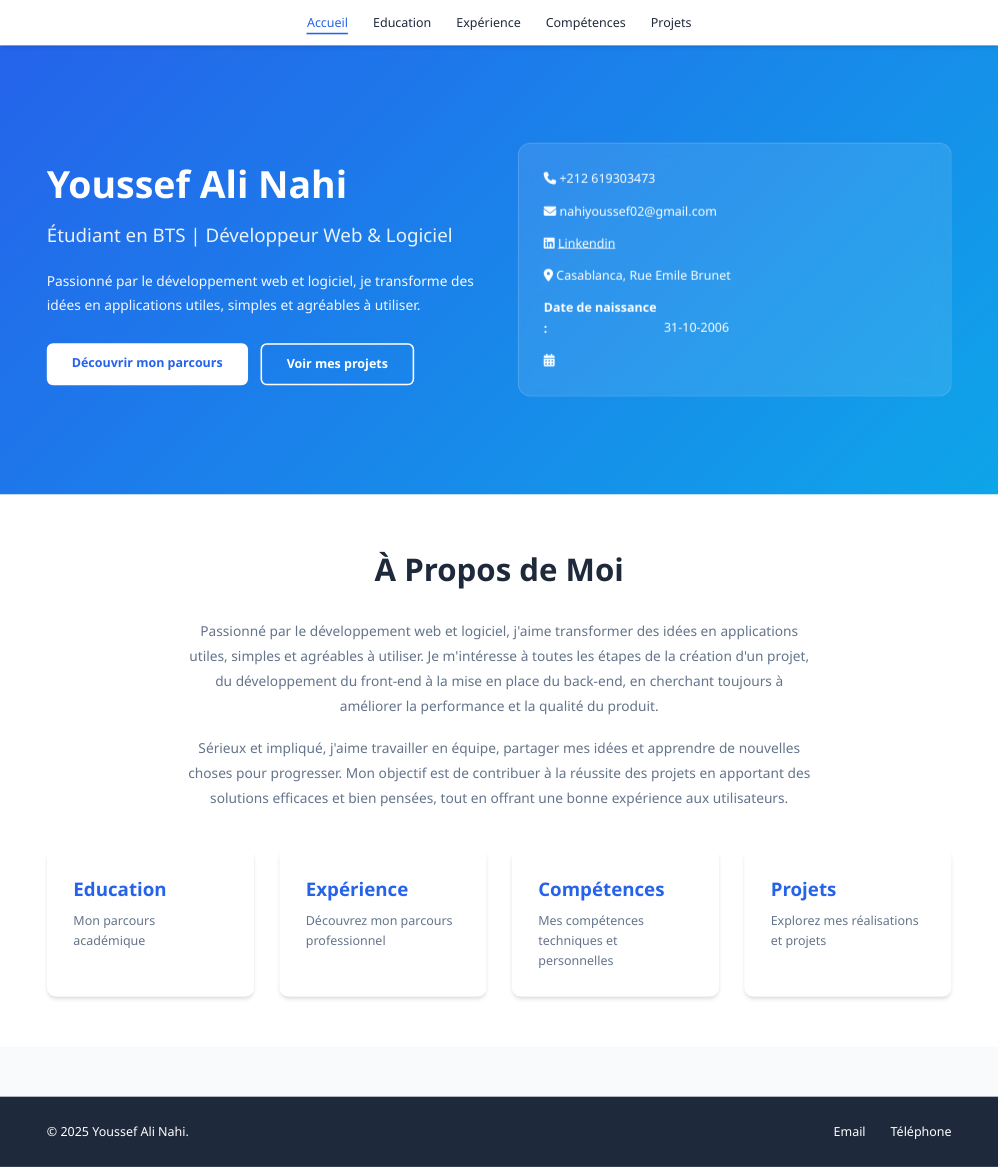
Repository: Youssef-Nahi504/My_Portfolio
Page: index.html
An editor plug-in stored every save of this project. The page is shown before and after the next save, followed by the edit.
The browser window is 1280 px wide. The pictures show the whole page, at 78% of full size.

Above is the page before, as saved 2025-12-21 13:31:36.

After the next save:
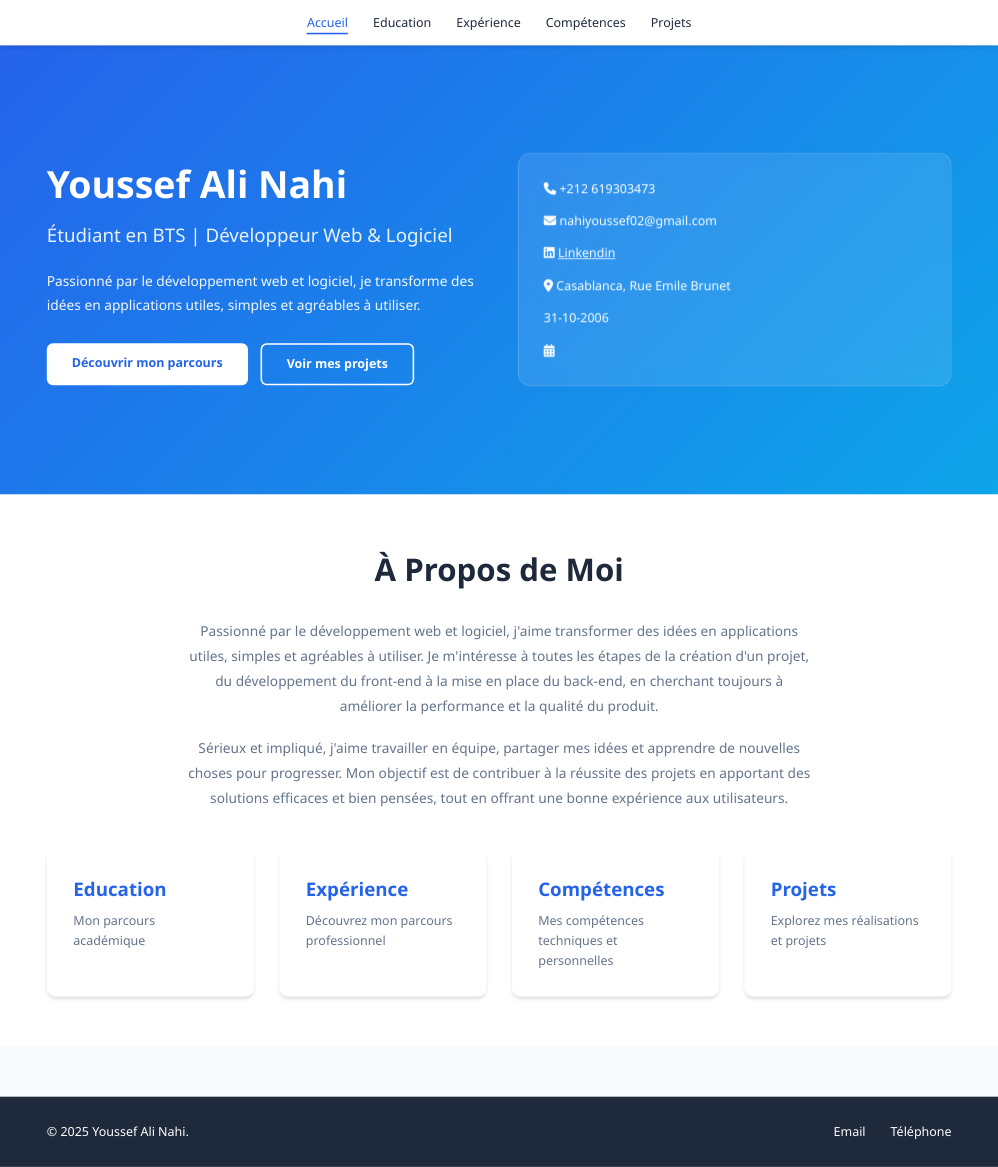
Saved 10 s later.
--- a/index.html
+++ b/index.html
@@ -42,7 +42,7 @@
                             <p> <i class="fa-solid fa-envelope"></i> nahiyoussef02@gmail.com</p>
                             <p><i class="fa-brands fa-linkedin"></i> <a href="https://www.linkedin.com/in/youssefalinahi02/" target="_blank" style="color: white;">Linkendin</a></p>
                             <p><i class="fa-solid fa-location-dot"></i> Casablanca, Rue Emile Brunet</p>
-                            <p><strong>Date de naissance :</strong> 31-10-2006</p> <i class="fa-solid fa-calendar-days"></i>
+                            <p> 31-10-2006</p> <i class="fa-solid fa-calendar-days"></i>
 
                         </div>
                     </div>
